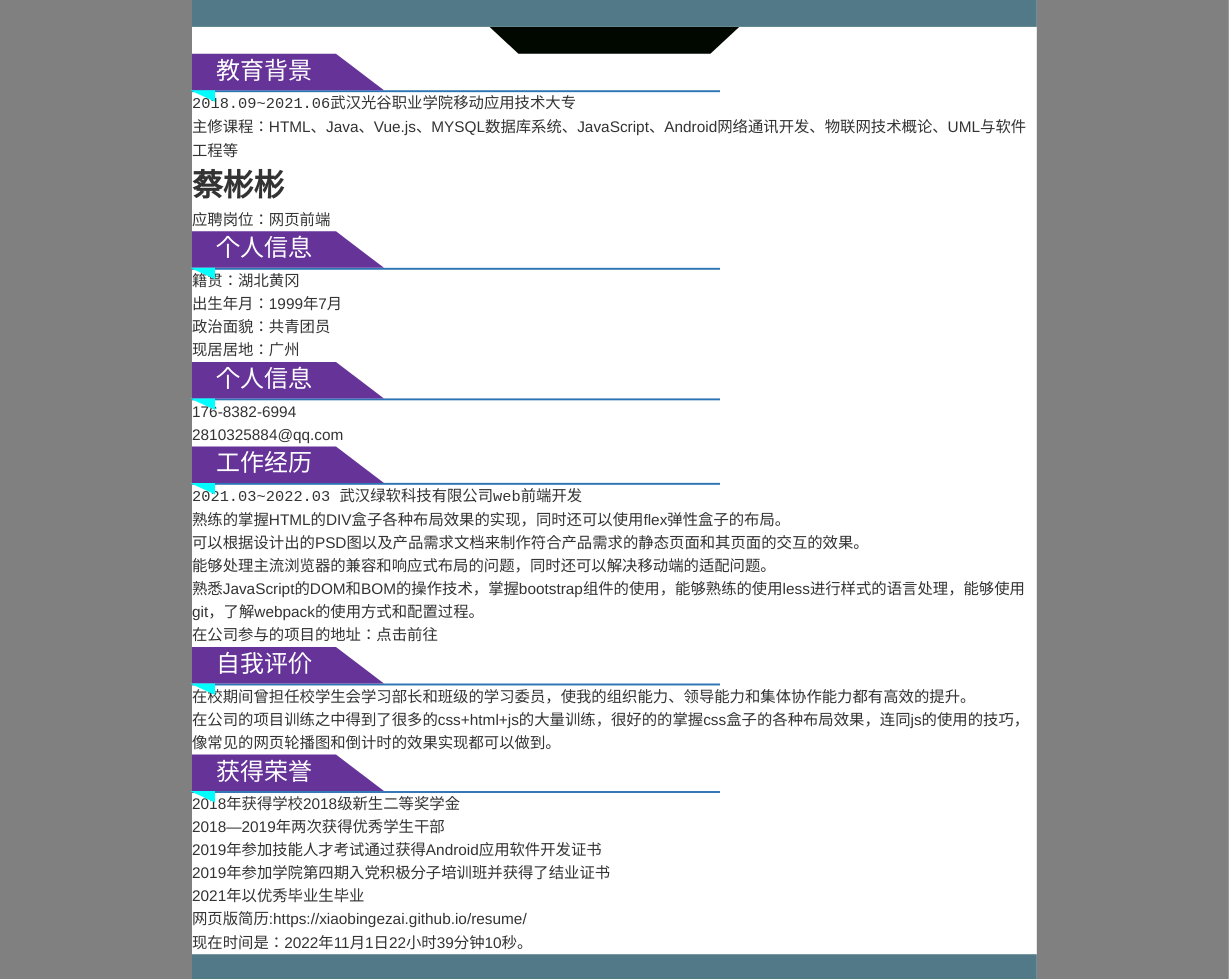
Repository: xiaobingezai/resume
Page: index.html
These files come from the project's save history. The page is drawn as it stood at one moment and after the next save; the edit follows.
The browser window is 1280 px wide. The pictures show the whole page, at 96% of full size.

Above is the page before, as saved 2022-11-02 22:37:56.

### index.html
<!DOCTYPE html>
<html lang="en">

<head>
    <meta charset="UTF-8">
    <meta http-equiv="X-UA-Compatible" content="IE=edge">
    <meta name="viewport" content="width=device-width, initial-scale=1.0">
    <title>Document</title>
    <link rel="stylesheet" href="css/index.css">
</head>

<body>
    <div class="wrapper" id="zhengTi">
        <div class="tiXing1"></div>
        <div id="head">
            <div class="jiaoYuBeiJing">
                <div class="zhuangShiTuPian"><samp>教育背景</samp></div>
                <div class="samp1">
                    <samp>2018.09~2021.06</samp><samp>武汉光谷职业学院</samp><samp>移动应用技术</samp><samp>大专</samp>
                </div>
                <p>主修课程：HTML、Java、Vue.js、MYSQL数据库系统、JavaScript、Android网络通讯开发、物联网技术概论、UML与软件工程等</p>
            </div>
            <div id="content" class="clearfix">
                <div class="gongZuoJingLi1">
                    <div class="first">
                        <h1>蔡彬彬</h1>
                        <p>应聘岗位：网页前端</p>
                    </div>
                    <div class="second">
                        <div class="zhuangShiTuPian"><samp>个人信息</samp></div>
                        <ul class="ul1">
                            <li>籍贯：湖北黄冈</li>
                            <li>出生年月：1999年7月</li>
                            <li>政治面貌：共青团员</li>
                            <li>现居居地：广州</li>
                        </ul>
                    </div>
                    <div class="third">
                        <div class="zhuangShiTuPian"><samp>个人信息</samp></div>
                        <ul class="ul2">
                            <li>176-8382-6994</li>
                            <li>2810325884@qq.com</li>
                        </ul>
                    </div>
                </div>
                <div class="gongZuoJingLi">
                    <div class="zhuangShiTuPian"><samp>工作经历</samp></div>

                    <ul class="gongZuoJingLi2">
                        <div class="gongZuo">
                            <samp>2021.03~2022.03 </samp><samp>武汉绿软科技有限公司</samp><samp>web前端开发</samp>
                        </div>
                        <li>熟练的掌握HTML的DIV盒子各种布局效果的实现，同时还可以使用flex弹性盒子的布局。</li>
                        <li>可以根据设计出的PSD图以及产品需求文档来制作符合产品需求的静态页面和其页面的交互的效果。</li>
                        <li>能够处理主流浏览器的兼容和响应式布局的问题，同时还可以解决移动端的适配问题。</li>
                        <li>熟悉JavaScript的DOM和BOM的操作技术，掌握bootstrap组件的使用，能够熟练的使用less进行样式的语言处理，能够使用git，了解webpack的使用方式和配置过程。</li>
                        <li>在公司参与的项目的地址：<a href="http://www.downyi.com/" target="blank">点击前往</a></li>
                    </ul>
                </div>
            </div>
            <div id="tail" class="clearfix">
                <div class="diBu1">
                    <div class="zhuangShiTuPian"><samp>自我评价</samp></div>
                    <ul>
                        <li>在校期间曾担任校学生会学习部长和班级的学习委员，使我的组织能力、领导能力和集体协作能力都有高效的提升。</li>
                        <li>在公司的项目训练之中得到了很多的css+html+js的大量训练，很好的的掌握css盒子的各种布局效果，连同js的使用的技巧，像常见的网页轮播图和倒计时的效果实现都可以做到。</li>
                    </ul>
                </div>
                <div class="diBu2">
                    <div class="zhuangShiTuPian"><samp>获得荣誉</samp></div>
                    <ul>
                        <li>2018年获得学校2018级新生二等奖学金</li>
                        <li>2018—2019年两次获得优秀学生干部</li>
                        <li>2019年参加技能人才考试通过获得Android应用软件开发证书</li>
                        <li>2019年参加学院第四期入党积极分子培训班并获得了结业证书</li>
                        <li>2021年以优秀毕业生毕业</li>
                    </ul>
                </div>
                <div id="jianLi">
                    <p >网页版简历:<a href="https://xiaobingezai.github.io/resume/" target="blank">https://xiaobingezai.github.io/resume/</a></p>
                    <div class="daoJiShi"></div>
                </div>
            </div>
        </div>
        <!-- 底部 -->
        <div class="tiXing2"></div>
    </div>
    <script src="./js/index.js"></script>
</body>

</html>

### css/index.css
/* 清除默认样式的代码 */
/* 去除常见标签默认的 margin 和 padding */
body,
h1,
h2,
h3,
h4,
h5,
h6,
p,
ul,
ol,
li,
dl,
dt,
dd,
input {
    margin: 0;
    padding: 0;
}

/* 內减模式 */
* {
    box-sizing: border-box;
}

/* 设置网页统一的字体大小、行高、字体系列相关属性 */
body {
    font: 16px/1.5 "Helvetica Neue", Helvetica, Arial, "Microsoft Yahei",
        "Hiragino Sans GB", "Heiti SC", "WenQuanYi Micro Hei", sans-serif;
    color: #333;
}

/* 去除列表默认样式 */
ul,
ol {
    list-style: none;
}

/* 去除默认的倾斜效果 */
em,
i {
    font-style: normal;
}

/* 去除a标签默认下划线，并设置默认文字颜色 */
a {
    text-decoration: none;
    color: #333;
}

/* 设置img的垂直对齐方式为居中对齐，去除img默认下间隙 */
img {
    vertical-align: middle;
}

/* 去除input默认样式 */
input {
    border: none;
    outline: none;
    color: #333;
}

/* 左浮动 */
.fl {
    float: left;
}

/* 右浮动 */
.fr {
    float: right;
}

/* 双伪元素清除法 */
.clearfix::before,
.clearfix::after {
    content: "";
    display: table;
}

.clearfix::after {
    clear: both;
}

/* 版心居中 */
.wrapper {
    width: 880px;
    margin: 0 auto;
}

body{
    background-color: rgba(128, 128,128);
}
/* 装饰横条背景 */
.zhuangShiTuPian {
    position: relative;
    text-align: center;
    line-height: 40px;
    font-size: 25px;
    color: #fff;
    width: 550px;
    height: 40px;
    border-bottom: 2px solid #2d74b5;
}
.zhuangShiTuPian::after {
    content: '';
    position: absolute;
    left: -2px;

    width: 0;
    height: 0;
    border-width: 0 26px 12px 0;
    border-style: solid;
    border-color: transparent aqua;
}
.zhuangShiTuPian samp {
    display: block;
    width: 200px;
    height: 0;
    border-bottom: 38px solid rebeccapurple;
    border-right: 50px solid transparent;
}

/* 最外层的盒子的样式设置 */
#zhengTi {
    background-color: #fff;
    border-top: 28px solid #517987 ;
    border-bottom: 28px solid #517987 ;
}
#zhengTi .tiXing1 {
    width: 260px;
    height: 0;
    margin: 0 auto;
    border-top: 28px solid #000800;
    border-left: 30px solid transparent;
    border-right: 30px solid transparent;
}

/* head的区域 */
#zhengTi .head {
    padding-left: 30px;
}

### js/index.js
let daoJiShi = document.querySelector('.daoJiShi');
            shiJian();
            function shiJian() {
                let time = new Date();
                let nian = time.getFullYear();
                let yue = time.getMonth();
                let ri = time.getDate();
                let h = time.getHours();
                let m = time.getMinutes();
                let s = time.getSeconds();
                let dangQianShiJian = '现在时间是：' + +nian + '年' + (yue + 1) + '月' + ri + '日' + h + '小时' + m + '分钟' + s + '秒' +
                    '。';
                daoJiShi.innerHTML = dangQianShiJian;
            }
            setInterval('shiJian()', 1000);

After the next save:
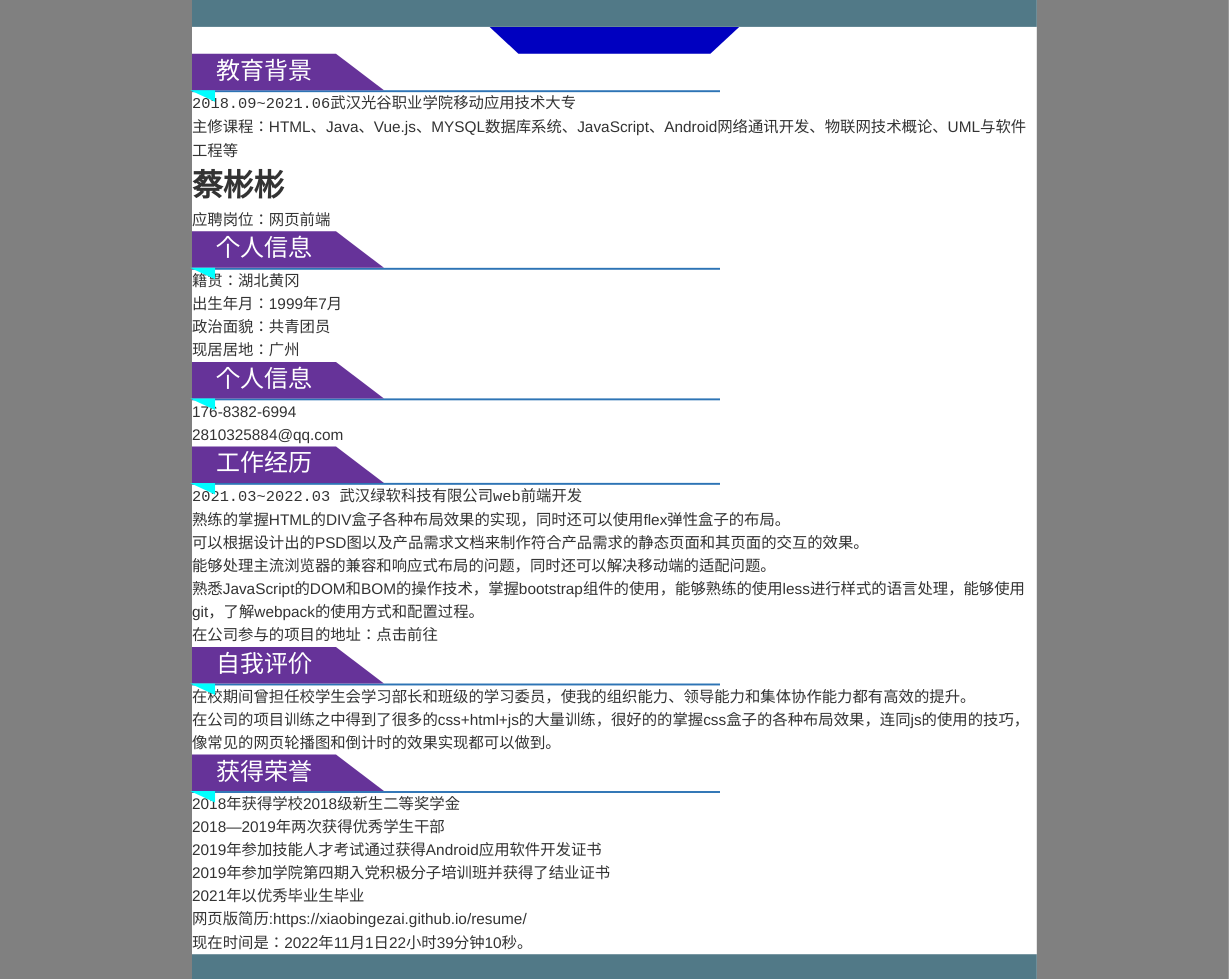
Saved 41 s later.
--- a/css/index.css
+++ b/css/index.css
@@ -131,7 +131,7 @@ body{
     width: 260px;
     height: 0;
     margin: 0 auto;
-    border-top: 28px solid #000800;
+    border-top: 28px solid #0000c0;
     border-left: 30px solid transparent;
     border-right: 30px solid transparent;
 }
